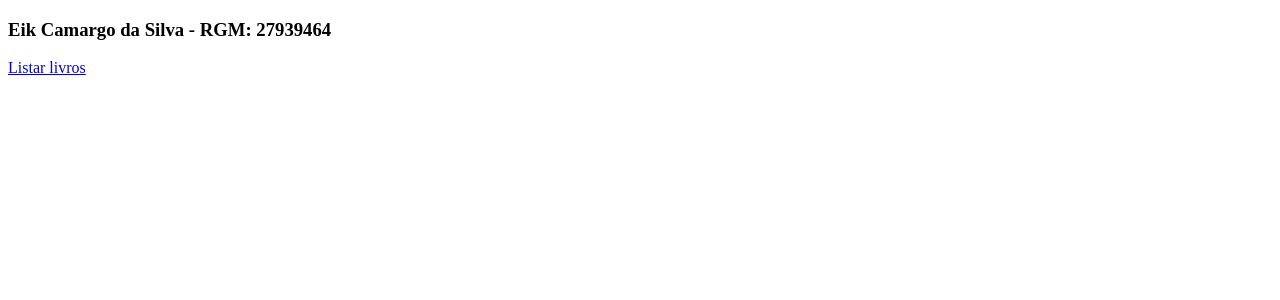
Repository: EikDEV/Atividade-Cliente-Servidor
Page: crudjspjava/src/main/webapp/inicio.html
The author's editor kept a copy of each file at every save. The page is drawn from the files as they stood at one save, then again after the next save.
The browser window is 1280 px wide. The pictures show the whole page.

Above is the page before, as saved 2022-11-03 20:31:37.

### crudjspjava/src/main/webapp/inicio.html
<!DOCTYPE html>
<html>
<head>
<meta charset="UTF-8">
<title>Início</title>
</head>
<body>
	<h3>Eik Camargo da Silva - RGM: 27939464</h3>
	<a href="viewlivros.jsp">Listar livros</a>
</body>
</html>

After the next save:
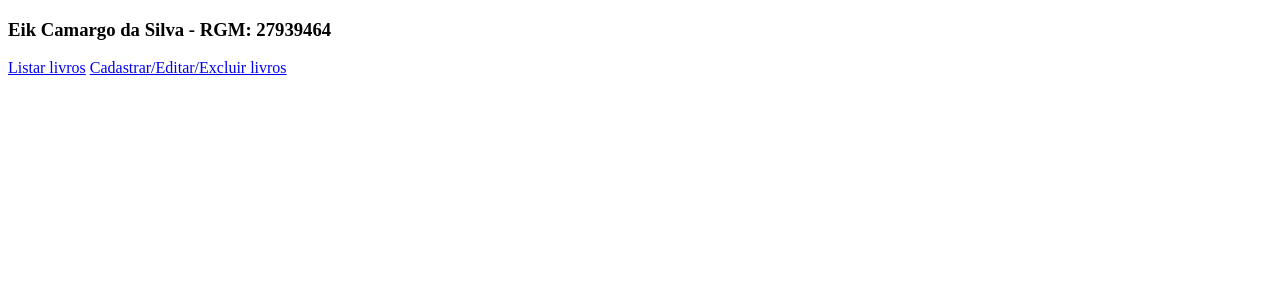
Saved 2 min 9 s later.
--- a/crudjspjava/src/main/webapp/inicio.html
+++ b/crudjspjava/src/main/webapp/inicio.html
@@ -7,5 +7,6 @@
 <body>
 	<h3>Eik Camargo da Silva - RGM: 27939464</h3>
 	<a href="viewlivros.jsp">Listar livros</a>
+	<a href="viewlivros.jsp">Cadastrar/Editar/Excluir livros</a>
 </body>
 </html>
